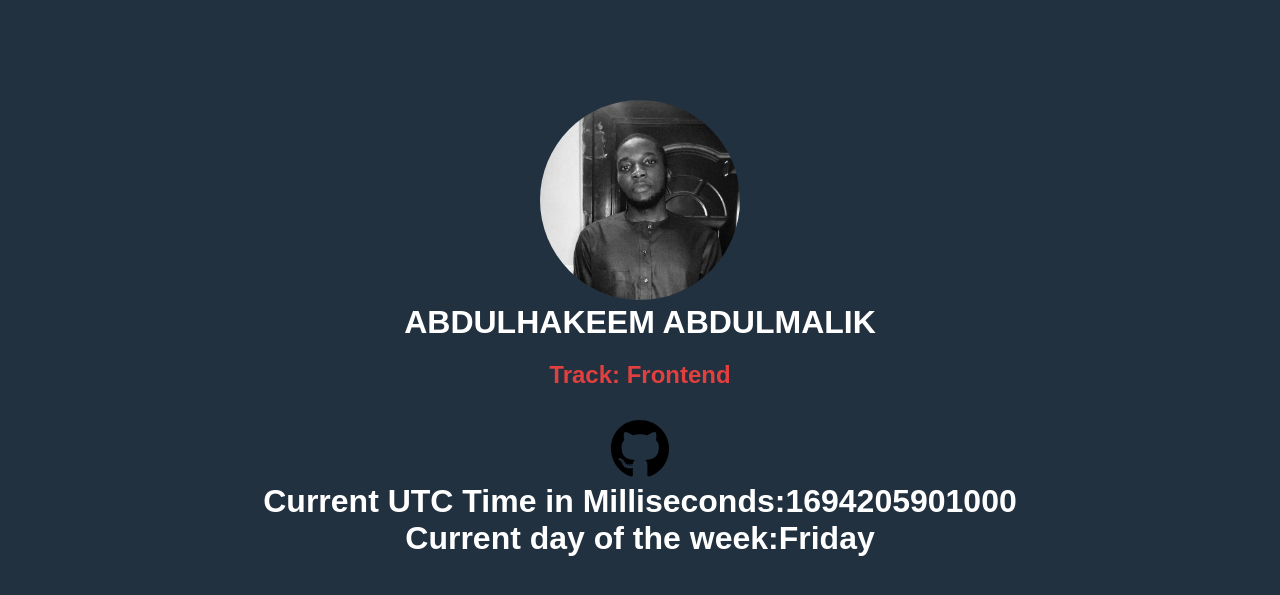
Repository: malikhakeem/HNG-TASK
Page: HNG-TASK1.html
These files come from the project's save history. The page is drawn as it stood at one moment and after the next save; the edit follows.
The browser window is 1280 px wide. The pictures show the whole page.

Above is the page before, as saved 2023-09-08 23:16:19.

After the next save:
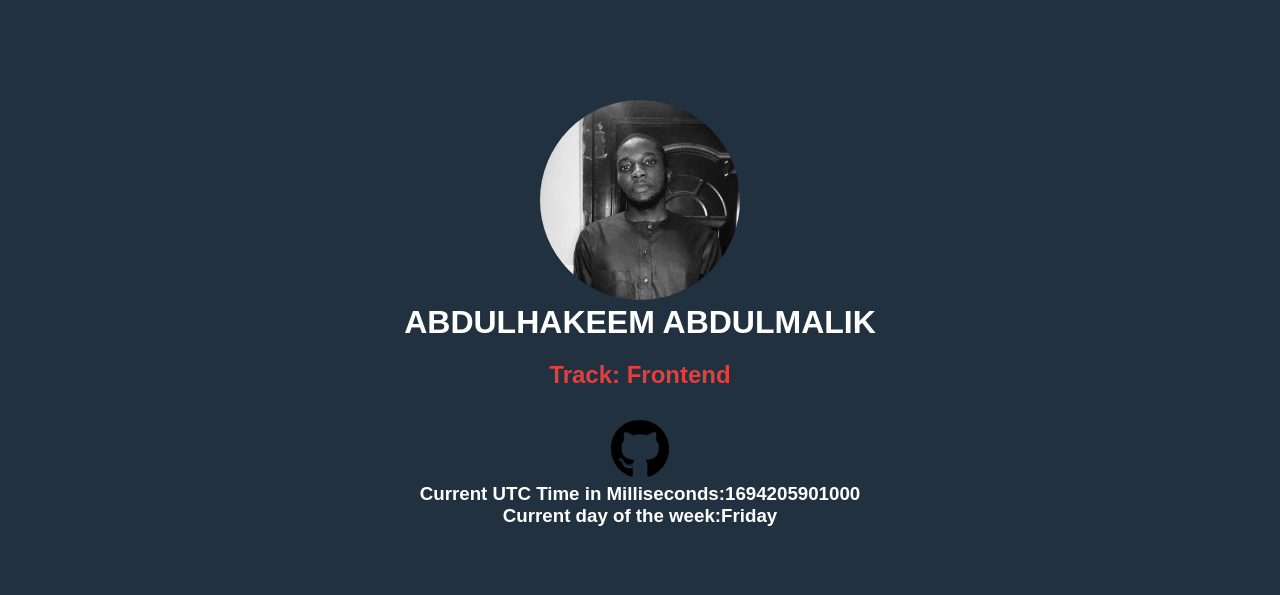
Saved 17 s later.
--- a/HNG-TASK1.html
+++ b/HNG-TASK1.html
@@ -48,12 +48,12 @@
 
     <script>
         const time = document.getElementsByClassName("time");
-        time[0].innerHTML ="<h1>Current UTC Time in Milliseconds:" + currentTimeMillis + "</h1>";
-        </script>
+        time[0].innerHTML = "<h3>Current UTC Time in Milliseconds:" + currentTimeMillis + "</h3>";
+    </script>
     <script>
         const date = document.getElementsByClassName("date");
-        date[0].innerHTML ="<h1>Current day of the week:" + weekday + "</h1>";
-        </script>
+        date[0].innerHTML = "<h3>Current day of the week:" + weekday + "</h3>";
+    </script>
 </body>
 
 </html>
